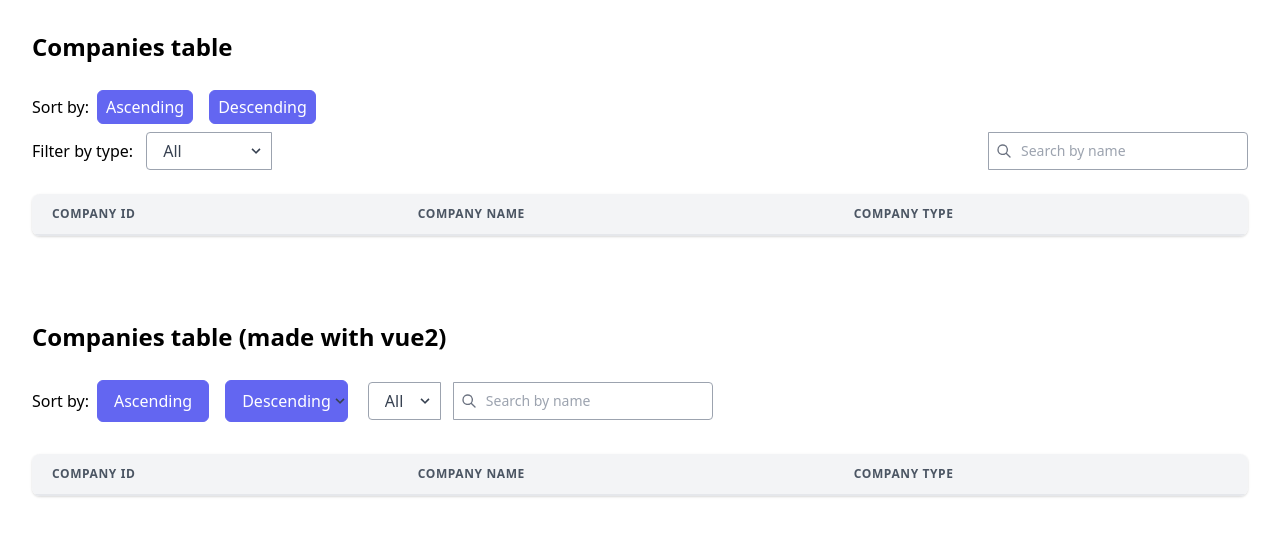
Repository: AlekJanevski/capcito
Page: /
An editor plug-in stored every save of this project. The page is shown before and after the next save, followed by the edit.
The browser window is 1280 px wide. The pictures show the whole page.
The page's requests for data from a server got no answer. The project was rebuilt for these pictures with package versions that can differ from the ones it lists, and the page was loaded fresh each time. No one was signed in, and anything a server would have sent is missing.

Above is the page before, as saved 2021-02-12 13:01:33.

After the next save:
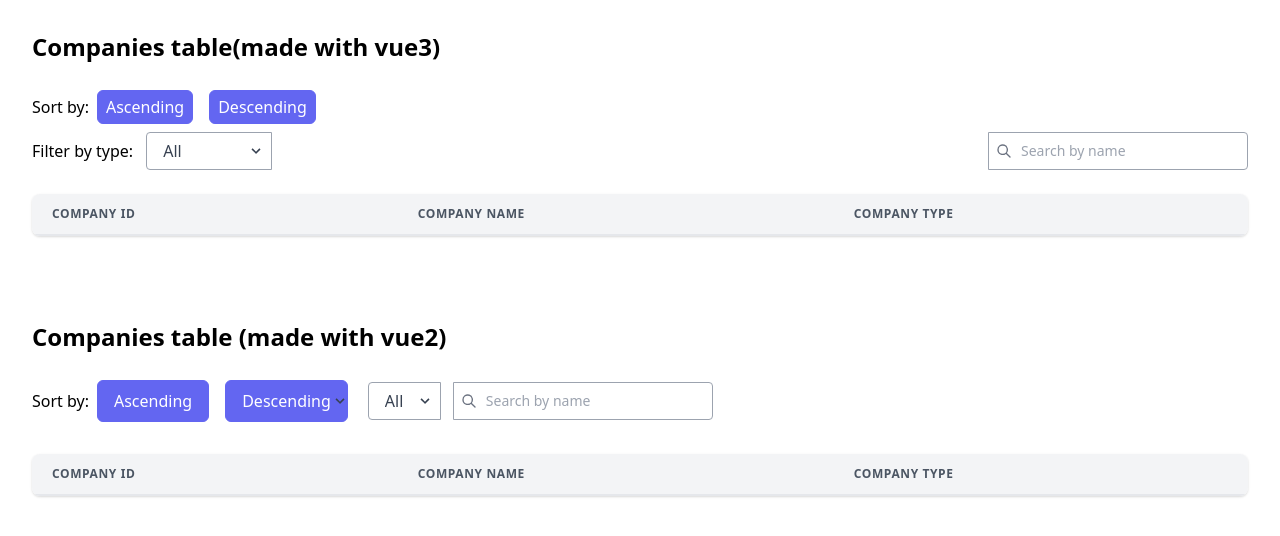
Saved 13 s later.
--- a/src/components/HelloWorld.vue
+++ b/src/components/HelloWorld.vue
@@ -3,7 +3,7 @@
 		<div class="py-8">
 			<!-- Heading starts-->
 			<div>
-				<h2 class="mb-5 text-2xl font-semibold leading-tight">Companies table</h2>
+				<h2 class="mb-5 text-2xl font-semibold leading-tight">Companies table(made with vue3)</h2>
 			</div>
 			<!-- Heading ends -->
 
